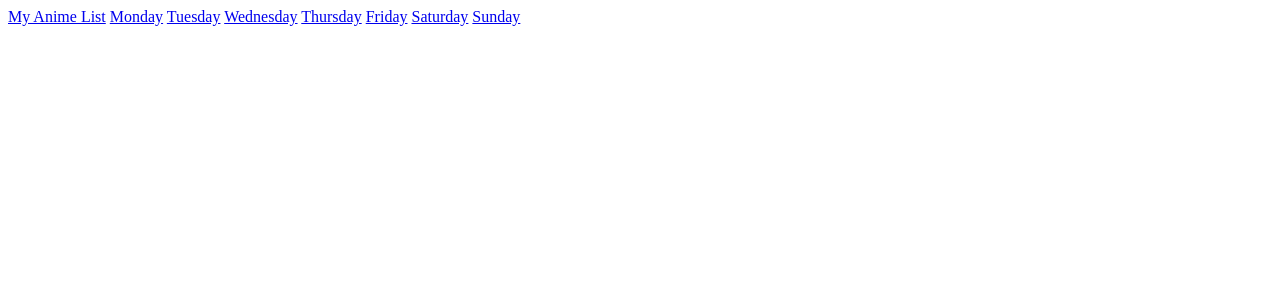
Repository: Art-of-Arts/dotFiles
Page: Documents/pages/index.html
The author's editor kept a copy of each file at every save. The page is drawn from the files as they stood at one save, then again after the next save.
The browser window is 1280 px wide. The pictures show the whole page.

Above is the page before, as saved 2025-03-15 23:23:36.

### Documents/pages/index.html
<!DOCTYPE html>

<title>Select Title</title>

<div>
    <a style="white-space: pre-line;" href="mal.html">My Anime List</a>
    <a style="white-space: pre-line;" href="dotw/monday.html">Monday</a>
    <a style="white-space: pre-line;" href="tuesday.html">Tuesday</a>
    <a style="white-space: pre-line;" href="wednesday.html">Wednesday</a>
    <a style="white-space: pre-line;" href="thursday.html">Thursday</a>
    <a style="white-space: pre-line;" href="friday.html">Friday</a>
    <a style="white-space: pre-line;" href="saturday.html">Saturday</a>
    <a style="white-space: pre-line;" href="sunday.html">Sunday</a>
</div>
<div>
    <a style="white-space: pre-line;" href="sunday.html"></a>
</div>

After the next save:
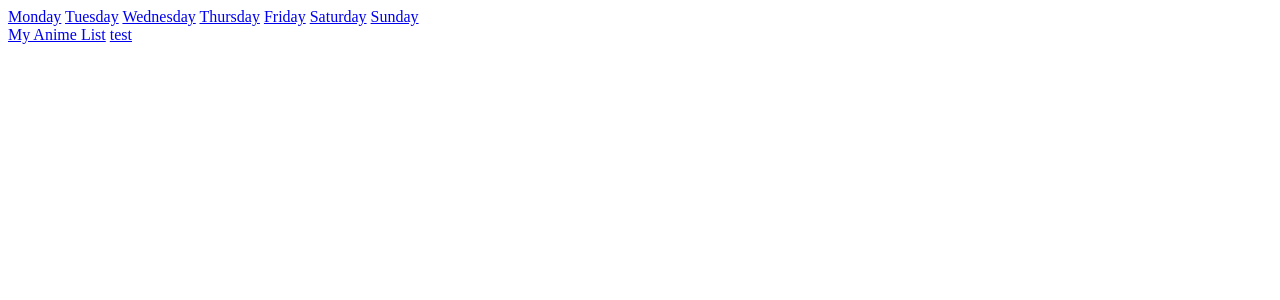
Saved 50 s later.
--- a/Documents/pages/index.html
+++ b/Documents/pages/index.html
@@ -3,15 +3,15 @@
 <title>Select Title</title>
 
 <div>
-    <a style="white-space: pre-line;" href="mal.html">My Anime List</a>
     <a style="white-space: pre-line;" href="dotw/monday.html">Monday</a>
-    <a style="white-space: pre-line;" href="tuesday.html">Tuesday</a>
-    <a style="white-space: pre-line;" href="wednesday.html">Wednesday</a>
-    <a style="white-space: pre-line;" href="thursday.html">Thursday</a>
-    <a style="white-space: pre-line;" href="friday.html">Friday</a>
-    <a style="white-space: pre-line;" href="saturday.html">Saturday</a>
-    <a style="white-space: pre-line;" href="sunday.html">Sunday</a>
+    <a style="white-space: pre-line;" href="dotw/tuesday.html">Tuesday</a>
+    <a style="white-space: pre-line;" href="dotw/wednesday.html">Wednesday</a>
+    <a style="white-space: pre-line;" href="dotw/thursday.html">Thursday</a>
+    <a style="white-space: pre-line;" href="dotw/friday.html">Friday</a>
+    <a style="white-space: pre-line;" href="dotw/saturday.html">Saturday</a>
+    <a style="white-space: pre-line;" href="dotw/sunday.html">Sunday</a>
 </div>
 <div>
-    <a style="white-space: pre-line;" href="sunday.html"></a>
+    <a style="white-space: pre-line;" href="mal.html">My Anime List</a>
+    <a style="white-space: pre-line;" href="sunday.html">test</a>
 </div>
